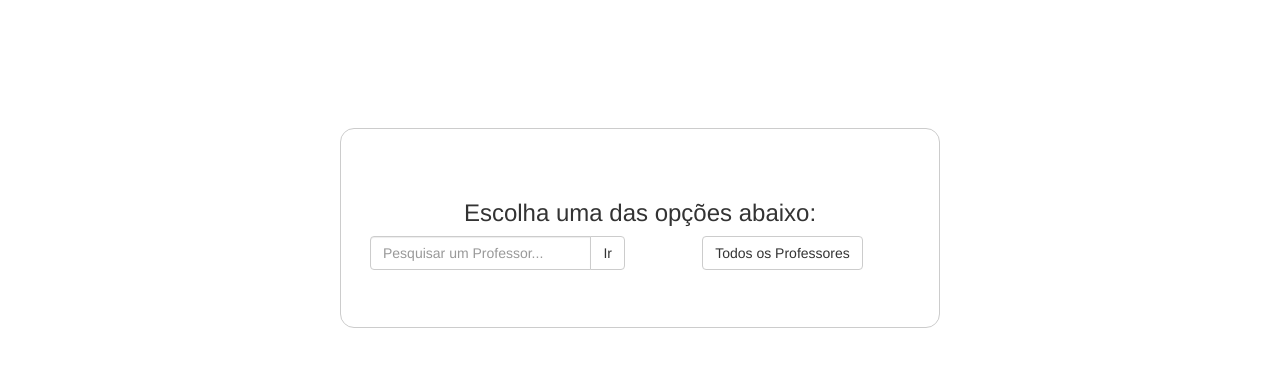
Repository: ipti/br.tag.webservice
Page: http://localhost/Restful-API-TAG/instructors.jsp
The author's editor kept a copy of each file at every save. The page is drawn from the files as they stood at one save, then again after the next save.
The browser window is 1280 px wide. The pictures show the whole page.
The page is served by Tomcat 9.

Above is the page before, as saved 2016-04-27 13:58:35.

After the next save:
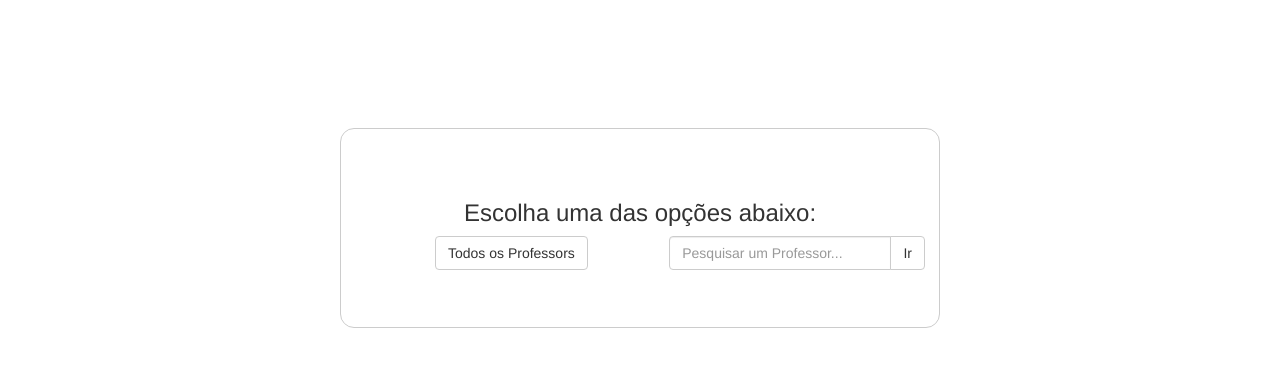
Saved 71 s later.
--- a/Restful-API-TAG/WebContent/instructors.jsp
+++ b/Restful-API-TAG/WebContent/instructors.jsp
@@ -12,16 +12,18 @@
 	<div id="instructorDiv">
 		<h3 id="titleInstructor">Escolha uma das opções abaixo:</h3>
 
-		<div class="btn-group-md text-center" role="group" aria-label="...">
-			<a type="submit" class="btn btn-default"
-				href="${pageContext.request.contextPath}/api/TagService/getInstructors">Todos os Professores</a>
-
-			<div class="col-lg-6">
-				<div class="input-group">
-					<input type="text" class="form-control" placeholder="Pesquisar um Professor...">
-					<span class="input-group-btn">
-						<a class="btn btn-default" type="submit" href="${pageContext.request.contextPath}/api/TagService/getInstructors/{inep_id}">Ir</a>
-					</span>
+		<div style="margin-left: 5%" class="btn-group-md text-center" role="group" aria-label="...">
+			<div class="row">
+				<div class="col-lg-6">
+					<a type="submit" class="btn btn-default" href="${pageContext.request.contextPath}/api/TagService/getInstructors">Todos os Professors</a>
+				</div>
+				<div class="col-lg-6">
+					<div class="input-group">
+						<input type="text" class="form-control" placeholder="Pesquisar um Professor...">
+						<span class="input-group-btn">
+							<a class="btn btn-default" type="submit" href="${pageContext.request.contextPath}/api/TagService/getInstructors/{inep_id}">Ir</a>
+						</span>
+					</div>
 				</div>
 			</div>
 		</div>
